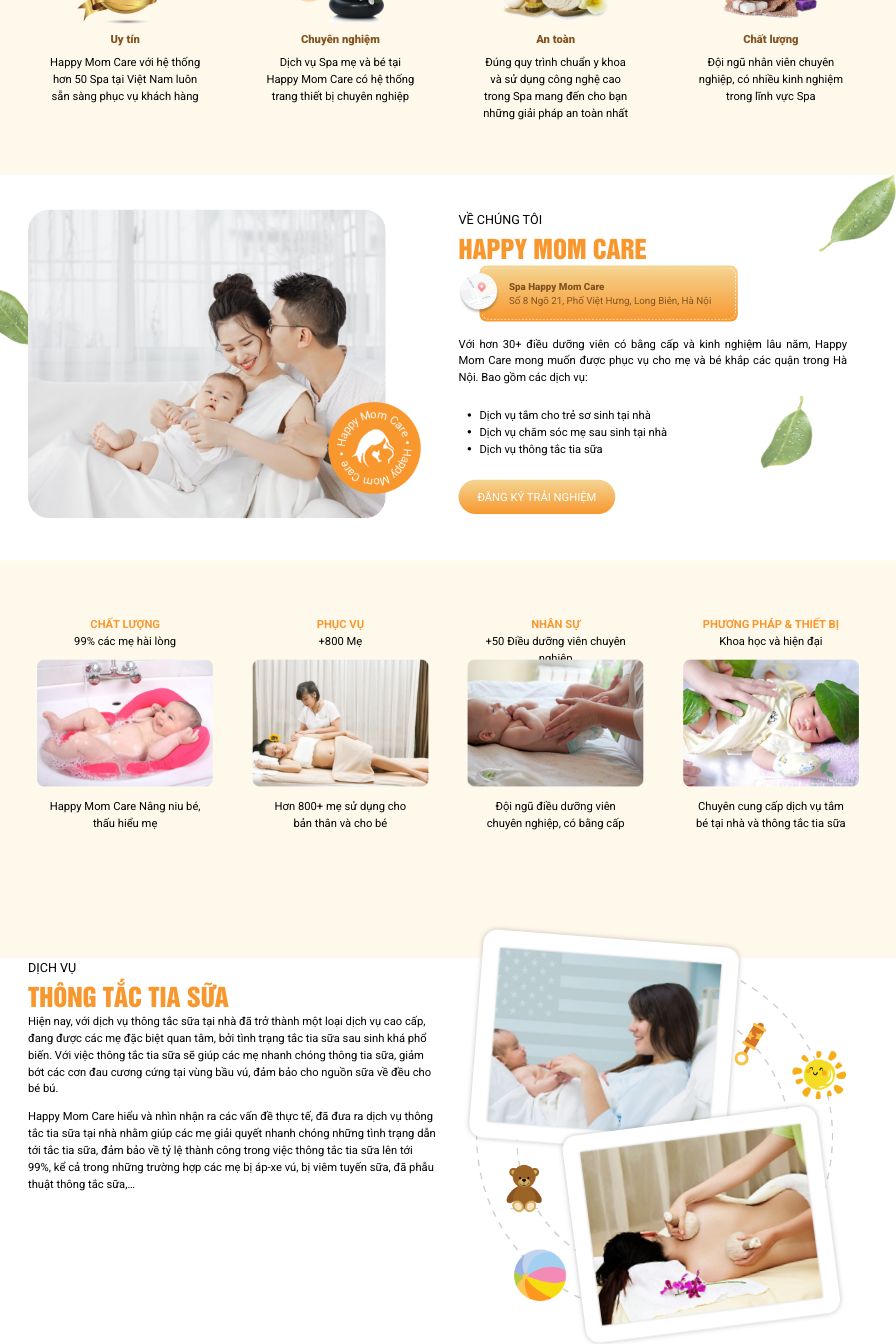
Repository: haianh12082001/happymom
Page: index.html
An editor plug-in stored every save of this project. The page is shown before and after the next save, followed by the edit.
The browser window is 1280 px wide. The pictures show the part of the page from y = 869 to 2789 px (the page is 2789 px tall), at 70% of full size.
Some web libraries are served in a nearby version. The style sheet was rebuilt from its Sass, Less or Tailwind sources for each picture, by a compiler version that may differ from the author's.

Above is the page before, as saved 2021-11-16 10:09:33.

### index.html
<!DOCTYPE html>
<html lang="en">
    <head>
        <meta charset="UTF-8" />
        <meta http-equiv="X-UA-Compatible" content="IE=edge" />
        <meta name="viewport" content="width=device-width, initial-scale=1.0" />
        <title>Document</title>
        <link href="https://fonts.googleapis.com/css2?family=Roboto:wght@300;400;500;700;900&display=swap" rel="stylesheet" />
        <link rel="stylesheet" href="./assets/fonts/fontawesome-free-5.15.3/css/all.min.css" />
        <link
            rel="stylesheet"
            href="https://cdn.jsdelivr.net/npm/bootstrap@4.6.0/dist/css/bootstrap.min.css"
            integrity="sha384-B0vP5xmATw1+K9KRQjQERJvTumQW0nPEzvF6L/Z6nronJ3oUOFUFpCjEUQouq2+l"
            crossorigin="anonymous"
        />
        <link rel="stylesheet" href="./assets/css/app.css" />
    </head>
    <body>
        <div class="topbar">
            <div class="topbar__container container">
                <div class="topbar__logo">
                    <img src="./assets/img/logo.png" alt="" />
                </div>
                <div class="topbar__openTime">
                    <div class="openTime__text">Giờ mở cửa</div>
                    <div class="openTime__time">8h00 - 16h00</div>
                </div>
                <div class="topbar__seach">
                    <input type="text" name="" id="" placeholder="Tìm kiếm" />
                    <button class="button__seach">
                        <i class="fas fa-search r"></i>
                    </button>
                </div>
                <div class="topbar__hotline">
                    <div class="hotline__icon">
                        <img src="./assets/img/icon__phone.png" alt="" />
                    </div>
                    <div class="hotline__text">
                        <p class="hotline__text--top">Hotline:</p>
                        <p class="hotline__text--bottom">0944 430 977</p>
                    </div>
                </div>
                <div class="topbar__book">
                    <div class="book__icon">
                        <i class="fas fa-calendar-alt"></i>
                    </div>
                    <p class="book__text">Đặt lịch hẹn</p>
                </div>
            </div>
        </div>
        <header class="header">
            <div class="header__container container">
                <ul class="header__list">
                    <li class="header__item">
                        <a href="#" class="header__link">Trang chủ</a>
                    </li>
                    <li class="header__item">
                        <a href="#" class="header__link">Giới thiệu</a>
                    </li>
                    <li class="header__item">
                        <a href="#" class="header__link">Dịch vụ</a>
                    </li>
                    <li class="header__item">
                        <a href="#" class="header__link">Khoá học</a>
                    </li>
                    <li class="header__item">
                        <a href="#" class="header__link">Hệ thống đại lý</a>
                    </li>
                    <li class="header__item">
                        <a href="#" class="header__link">Tin tức</a>
                    </li>
                    <li class="header__item">
                        <a href="#" class="header__link">Liên hệ</a>
                    </li>
                </ul>
                <ul class="header__social">
                    <li>
                        <a href="#">
                            <i class="fab fa-facebook-f"></i>
                        </a>
                    </li>
                    <li>
                        <a href="#">
                            <i class="fab fa-twitter"></i>
                        </a>
                    </li>
                    <li>
                        <a href="#">
                            <i class="fab fa-google-plus-g"></i>
                        </a>
                    </li>
                    <li>
                        <a href="#">
                            <i class="fab fa-skype"></i>
                        </a>
                    </li>
                </ul>
            </div>
        </header>
        <section class="banner">
            <div class="banner__content">
                <div class="banner__img">
                    <img src="./assets/img/banner/Rectangle 28.png" alt="" />
                </div>
                <!-- <div class="banner__phone">
                    <div class="icon">
                        <i class="fas fa-phone-alt"></i>
                    </div>
                    <div class="text">0944 430 977</div>
                </div> -->
            </div>
        </section>
        <section class="bannerAdv">
            <div class="bannerAdv__container container">
                <div class="row">
                    <div class="bannerAdv__item col-lg-3">
                        <div class="bannerAdv__item--top">
                            <div class="text">01</div>
                            <img src="./assets/img/bannerAdv/pngwing 6.png" alt="" />
                        </div>
                        <div class="bannerAdv__item--bottom">
                            <div class="name">Uy tín</div>
                            <p class="des">Happy Mom Care với hệ thống hơn 50 Spa tại Việt Nam luôn sẵn sàng phục vụ khách hàng</p>
                        </div>
                    </div>
                    <div class="bannerAdv__item col-lg-3">
                        <div class="bannerAdv__item--top">
                            <div class="text">02</div>
                            <img src="./assets/img/bannerAdv/pngwing 8.png" alt="" />
                        </div>
                        <div class="bannerAdv__item--bottom">
                            <div class="name">Chuyên nghiệm</div>
                            <p class="des">Dịch vụ Spa mẹ và bé tại Happy Mom Care có hệ thống trang thiết bị chuyên nghiệp</p>
                        </div>
                    </div>
                    <div class="bannerAdv__item col-lg-3">
                        <div class="bannerAdv__item--top">
                            <div class="text">03</div>
                            <img src="./assets/img/bannerAdv/pngwing 9.png" alt="" />
                        </div>
                        <div class="bannerAdv__item--bottom">
                            <div class="name">An toàn</div>
                            <p class="des">Đúng quy trình chuẩn y khoa và sử dụng công nghệ cao trong Spa mang đến cho bạn những giải pháp an toàn nhất</p>
                        </div>
                    </div>
                    <div class="bannerAdv__item col-lg-3">
                        <div class="bannerAdv__item--top">
                            <div class="text">04</div>
                            <img src="./assets/img/bannerAdv/pngwing 10.png" alt="" />
                        </div>
                        <div class="bannerAdv__item--bottom">
                            <div class="name">Chất lượng</div>
                            <p class="des">Đội ngũ nhân viên chuyên nghiệp, có nhiều kinh nghiệm trong lĩnh vực Spa</p>
                        </div>
                    </div>
                </div>
            </div>
        </section>
        <section class="introduce">
            <div class="introduce__container container">
                <div class="row">
                    <div class="col-lg-6">
                        <div class="introduce__img">
                            <img src="./assets/img/Rectangle 33.png" alt="" />
                        </div>
                    </div>
                    <div class="col-lg-6">
                        <div class="introduce__heading">Về chúng tôi</div>
                        <div class="introduce__name">Happy mom care</div>
                        <div class="introduce__address">
                            <div class="introduce__address--img">
                                <img src="./assets/img/Ellipse 29.png" alt="" />
                            </div>
                            <div class="introduce__address--text">
                                <p>Spa Happy Mom Care</p>
                                <span>Số 8 Ngõ 21, Phố Việt Hưng, Long Biên, Hà Nội</span>
                            </div>
                        </div>
                        <div class="introduce__text">
                            <p>
                                Với hơn 30+ điều dưỡng viên có bằng cấp và kinh nghiệm lâu năm, Happy Mom Care mong muốn được phục vụ cho mẹ và bé khắp các quận
                                trong Hà Nội. Bao gồm các dịch vụ:
                            </p>
                            <ul class="text__list">
                                <li>Dịch vụ tắm cho trẻ sơ sinh tại nhà</li>
                                <li>Dịch vụ chăm sóc mẹ sau sinh tại nhà</li>
                                <li>Dịch vụ thông tắc tia sữa</li>
                            </ul>
                        </div>
                        <div class="introduce__btn">
                            <a href="">Đăng ký trải nghiệm</a>
                        </div>
                    </div>
                </div>
            </div>
        </section>
        <section class="blog">
            <div class="blog__container container">
                <div class="row">
                    <div class="blog__item col-lg-3">
                        <div class="blog__name">Chất lượng</div>
                        <div class="blog__subname">99% các mẹ hài lòng</div>
                        <div class="blog__img">
                            <img src="./assets/img/blog/Rectangle 35 (3).png" alt="" />
                        </div>
                        <div class="blog__des">Happy Mom Care Nâng niu bé, thấu hiểu mẹ</div>
                        <div class="blog__btn btn">
                            <a href="">Tìm hiểu thêm</a>
                            <img class="blog__btn--img" src="./assets/img/blog/plant 1.png" alt="" />
                        </div>
                    </div>
                    <div class="blog__item col-lg-3">
                        <div class="blog__name">Phục vụ</div>
                        <div class="blog__subname">+800 Mẹ</div>
                        <div class="blog__img">
                            <img src="./assets/img/blog/Rectangle 35 (4).png" alt="" />
                        </div>
                        <div class="blog__des">Hơn 800+ mẹ sử dụng cho bản thân và cho bé</div>
                        <div class="blog__btn btn">
                            <a href="">Tìm hiểu thêm</a>
                            <img class="blog__btn--img" src="./assets/img/blog/plant 1.png" alt="" />
                        </div>
                    </div>
                    <div class="blog__item col-lg-3">
                        <div class="blog__name">Nhân sự</div>
                        <div class="blog__subname">+50 Điều dưỡng viên chuyên nghiệp</div>
                        <div class="blog__img">
                            <img src="./assets/img/blog/Rectangle 35 (5).png" alt="" />
                        </div>
                        <div class="blog__des">Đội ngũ điều dưỡng viên chuyên nghiệp, có bằng cấp</div>
                        <div class="blog__btn btn">
                            <a href="">Tìm hiểu thêm</a>
                            <img class="blog__btn--img" src="./assets/img/blog/plant 1.png" alt="" />
                        </div>
                    </div>
                    <div class="blog__item col-lg-3">
                        <div class="blog__name">PHƯƠNG PHÁP & THIẾT BỊ</div>
                        <div class="blog__subname">Khoa học và hiện đại</div>
                        <div class="blog__img">
                            <img src="./assets/img/blog/Rectangle 35 (6).png" alt="" />
                        </div>
                        <div class="blog__des">Chuyên cung cấp dịch vụ tắm bé tại nhà và thông tắc tia sữa</div>
                        <div class="blog__btn btn">
                            <a href="">Tìm hiểu thêm</a>
                            <img class="blog__btn--img" src="./assets/img/blog/plant 1.png" alt="" />
                        </div>
                    </div>
                </div>
            </div>
        </section>
        <seaction class="serviceOne">
            <div class="serviceOne__container container">
                <div class="row">
                    <div class="col-lg-6 serviceOne__left">
                        <div class="service__title">Dịch vụ</div>
                        <div class="service__name">Thông tắc tia sữa</div>
                        <p class="service__text">
                            Hiện nay, với dịch vụ thông tắc sữa tại nhà đã trở thành một loại dịch vụ cao cấp, đang được các mẹ đặc biệt quan tâm, bởi tình
                            trạng tắc tia sữa sau sinh khá phổ biến. Với việc thông tắc tia sữa sẽ giúp các mẹ nhanh chóng thông tia sữa, giảm bớt các cơn đau
                            cương cứng tại vùng bầu vú, đảm bảo cho nguồn sữa về đều cho bé bú.
                        </p>
                        <p class="service__text">
                            Happy Mom Care hiểu và nhìn nhận ra các vấn đề thực tế, đã đưa ra dịch vụ thông tắc tia sữa tại nhà nhằm giúp các mẹ giải quyết
                            nhanh chóng những tình trạng dẫn tới tắc tia sữa, đảm bảo về tỷ lệ thành công trong việc thông tắc tia sữa lên tới 99%, kể cả trong
                            những trường hợp các mẹ bị áp-xe vú, bị viêm tuyến sữa, đã phẫu thuật thông tắc sữa,…
                        </p>
                    </div>
                    <div class="col-lg-6 serviceOne__right">
                        <div class="bigCircle__img">
                            <img src="./assets/img/serviceOne/Group 392.png" alt="" />
                        </div>
                        <div class="serviceOne__img--top">
                            <img src="./assets/img/serviceOne/Rectangle 37 (1).png" alt="" />
                        </div>
                        <div class="serviceOne__img--bottom">
                            <img src="./assets/img/serviceOne/Rectangle 38 (1).png" alt="" />
                        </div>
                    </div>
                </div>
            </div>
        </seaction>
        <script type="text/javascript" src="https://code.jquery.com/jquery-1.11.0.min.js"></script>
        <script type="text/javascript" src="https://code.jquery.com/jquery-migrate-1.2.1.min.js"></script>
        <script
            src="https://cdnjs.cloudflare.com/ajax/libs/bootstrap/4.6.0/js/bootstrap.min.js"
            integrity="sha512-XKa9Hemdy1Ui3KSGgJdgMyYlUg1gM+QhL6cnlyTe2qzMCYm4nAZ1PsVerQzTTXzonUR+dmswHqgJPuwCq1MaAg=="
            crossorigin="anonymous"
            referrerpolicy="no-referrer"
        ></script>
        <script type="text/javascript" src="https://cdn.jsdelivr.net/npm/slick-carousel@1.8.1/slick/slick.min.js"></script>
        <script src="./assets/js/main.js"></script>
    </body>
</html>

### assets/sass/app.scss
@import "variables";
@import "reset";
@import "global";
@import "topbar";
@import "header";
@import "banner";
@import "bannerAdv";
@import "introduce";
@import "blog";
@import "service";

### assets/sass/_variables.scss
$font-family: "Roboto", sans-serif;
$color-global: #f8972e;
$text-color: #000000;

### assets/sass/_reset.scss
html {
    box-sizing: border-box;
    scroll-behavior: smooth;
}
* {
    margin: 0;
    padding: 0;
}
*,
*:before,
*:after {
    box-sizing: border-box;
}
input,
textarea,
select,
button {
    outline: none;
}
input {
    line-height: normal;
    outline: none;
    box-shadow: none;
}
input:focus {
    outline: 0;
    border: none;
    box-shadow: none;
}
ul,
li {
    margin: 0;
    padding: 0;
    list-style: none;
}
label,
button {
    cursor: pointer;
}
a {
    text-decoration: none;
    &:hover {
        text-decoration: none;
    }
}
img {
    display: block;
    max-width: 100%;
}

### assets/sass/_global.scss
@font-face {
    font-family: "UTM";
    font-display: swap;
    src: url("../fonts/word/UTM\ HelvetIns.ttf") format("truetype");
}
@font-face {
    font-family: "Time";
    font-display: swap;
    src: url("../fonts/word/timesbd.ttf") format("truetype");
}
body {
    font-family: $font-family;
    margin: 0;
    padding: 0;
    width: 100%;
    font-size: 16px;
    color: $text-color;
}
.container {
    max-width: 1230px;
    margin: 0 auto;
    padding: 0 15px;
}

### assets/sass/_header.scss
.header {
    // height: 59px;
    background: $color-global;
    &__container {
        display: flex;
        justify-content: space-between;
        align-items: center;
    }
    &__list {
        display: flex;
        justify-content: space-between;
        text-transform: uppercase;
        align-items: center;
        // column-gap: 66px;
    }
    &__item {
        margin-left: 66px;
        padding: 16px 0;
        &:first-child {
            margin-left: 0;
        }
    }
    &__link {
        color: #fff;
        font-weight: 500;
    }
    &__social {
        display: flex;
        align-items: center;
        li {
            width: 31px;
            height: 31px;
            background: #fff;
            border-radius: 50%;
            margin-left: 8px;
            i {
                display: flex;
                height: 100%;
                justify-content: center;
                align-items: center;
            }
        }
    }
}

### assets/sass/_banner.scss
.banner {
    position: relative;
    &__img img {
        width: 100%;
        max-height: 598px;
    }
    &__phone {
        color: #845522;
        display: flex;
        .text {
            font-family: "UTM";
        }
    }
}

### assets/sass/_bannerAdv.scss
.bannerAdv {
    background: #fff9ec;
    padding: 25px 0 60px;
    &__container {
    }
    &__item {
        padding: 0px 46px;
        display: flex;
        flex-direction: column;
        align-items: center;
        &--top {
            position: relative;
            display: inline-block;
            max-width: 180px;
            height: 207px;

            .text {
                color: #ffd7ab;
                font-size: 180px;
                font-weight: 700;
                font-family: "Time";
                line-height: 206px;
            }
            img {
                position: absolute;
                bottom: 10px;
                left: 50%;
                transform: translateX(-50%);
            }
        }
        &--bottom {
            text-align: center;
            .name {
                color: #845522;
                margin-bottom: 9px;
                font-weight: 900;
            }
        }
    }
}

### assets/sass/_blog.scss
.blog {
    padding-top: 40px;
    padding-bottom: 60px;
    background: #fff9ec;
    &__item {
        padding: 40px 28px 55px 28px;
    }
    &__name {
        text-align: center;
        text-transform: uppercase;
        color: $color-global;
        font-weight: 700;
    }
    &__subname {
        text-align: center;
        // margin-bottom: 13px;
        height: 38px;
    }
    &__des {
        text-align: center;
        padding: 17px;
        display: -webkit-box;
        -webkit-line-clamp: 2;
        -webkit-box-orient: vertical;
        overflow: hidden;
        text-overflow: ellipsis;
        word-break: break-word;
        // height: 59px;
    }
    &__btn {
        text-align: center;
        margin-top: 10px;
        position: relative;
        display: inherit;
        visibility: hidden;
        a {
            padding: 15px 28px 11px 28px;
            background: linear-gradient(180deg, #f4d593 0%, #f8972e 100%);
            border-radius: 50px;
            text-transform: uppercase;
            color: #fff;
            font-weight: 500;
            box-shadow: 0 3px 0px rgba($color: #c2611c, $alpha: 1);
        }
        &--img {
            position: absolute;
            bottom: 0;
            right: 0;
            transform: translateX(25%);
        }
    }
    &__item:hover {
        box-shadow: 0px 0px 20px rgba(239, 206, 168, 0.5);
        border-radius: 20px;
        .blog__btn {
            visibility: initial;
        }
    }
}

### assets/sass/_service.scss
.service {
    &__title {
        text-transform: uppercase;
        font-size: 18px;
    }
    &__name {
        text-transform: uppercase;
        font-size: 36px;
        color: $color-global;
        font-family: "UTM";
        font-weight: 400;
        line-height: 52px;
    }
}
.serviceOne {
    &__right {
        padding: 0 40px;
        position: relative;
    }
    &__img--top {
        position: absolute;
        top: -28px;
        // left: 0;
        padding: 20px;
        filter: drop-shadow(0px 0px 4px rgba(0, 0, 0, 0.25));
        transform: rotate(4.47deg);
        border-radius: 20px;
        background: #fff;
        img {
            width: 326px;
            height: 258px;
            // object-fit: cover;
        }
    }
    &__img--bottom {
        position: absolute;
        bottom: -20px;
        right: 70px;
        padding: 20px;
        filter: drop-shadow(0px 0px 4px rgba(0, 0, 0, 0.25));
        transform: rotate(-7.32deg);
        border-radius: 20px;
        background: #fff;
        img {
            width: 326px;
            height: 258px;
        }
    }
}

Loaded but not shown: assets/fonts/fontawesome-free-5.15.3/css/all.min.css (library); assets/sass/_introduce.scss (117 lines, source omitted); assets/sass/_topbar.scss (95 lines, source omitted); assets/js/main.js (no copy from this time; the picture is the same without it)

After the next save:
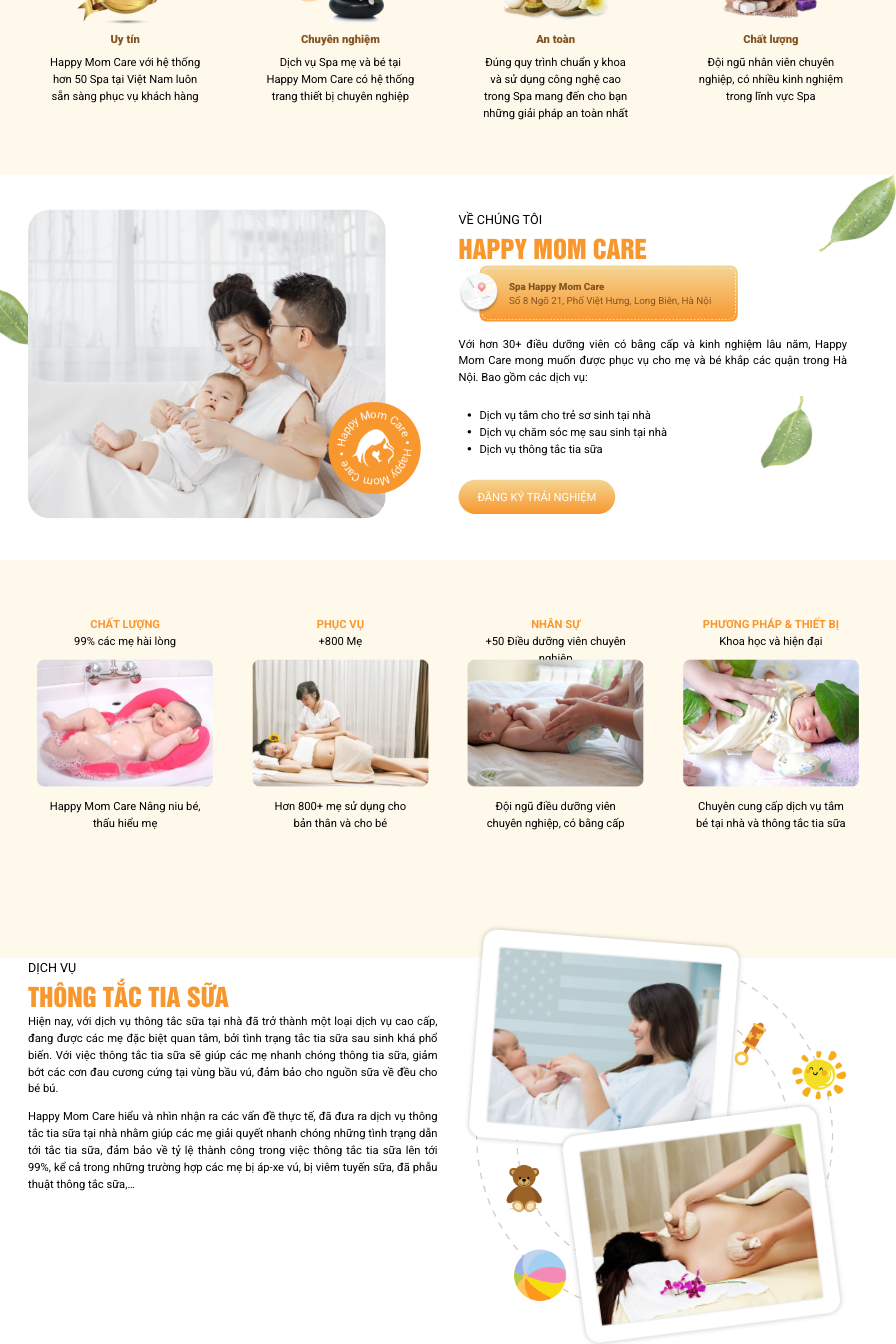
Saved 19 s later.
--- a/assets/sass/_service.scss
+++ b/assets/sass/_service.scss
@@ -10,6 +10,9 @@
         font-family: "UTM";
         font-weight: 400;
         line-height: 52px;
+    }
+    &__text {
+        text-align: justify;
     }
 }
 .serviceOne {
